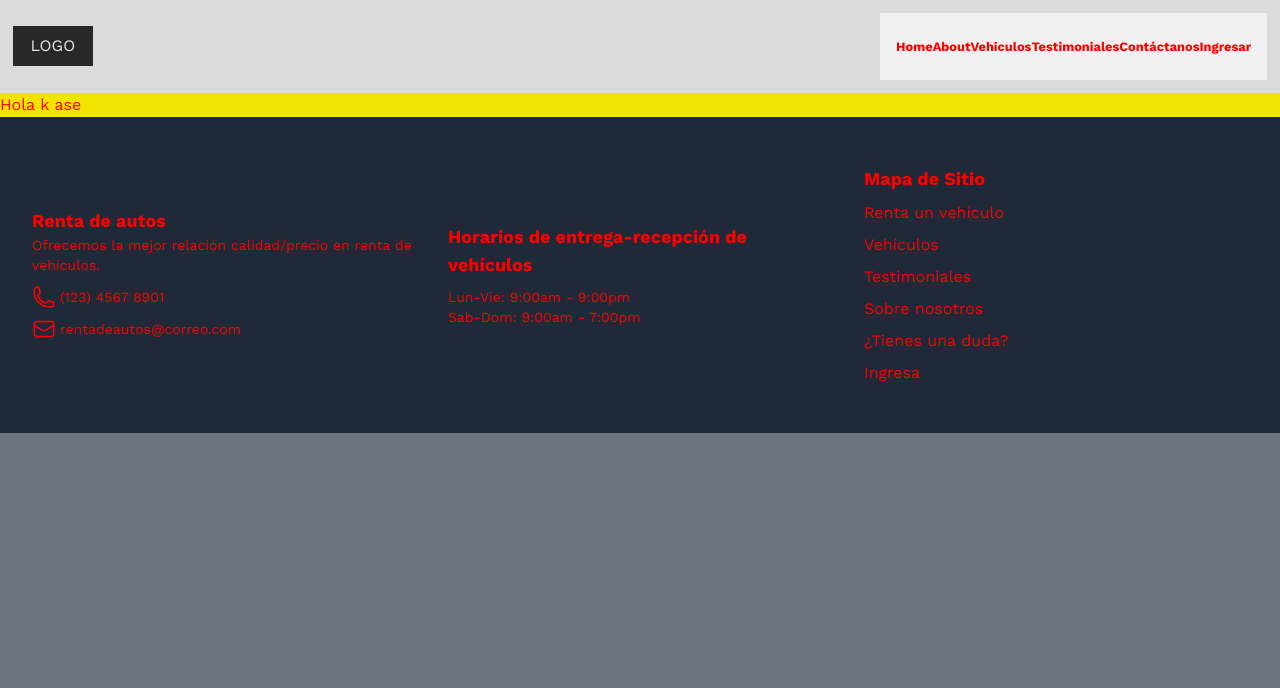
Repository: aldovelacasas/PF_RentCar2
Page: /
An editor plug-in stored every save of this project. The page is shown before and after the next save, followed by the edit.
The browser window is 1280 px wide. The pictures show the whole page.
The project was rebuilt for these pictures with package versions that can differ from the ones it lists, and the page was loaded fresh each time. The framework's server and built-in components were replaced by stand-ins that run in the browser. Also part of the build but not shown: next.config.js.

Above is the page before, as saved 2023-08-30 09:53:28.

### src/app/layout.jsx
import "./globals.css";
import Navbar from "@/components/Navbar/Navbar";
import Footer from "@/components/footer";
import { Inter } from "next/font/google";

const inter = Inter({ subsets: ["latin"] });

export const metadata = {
  title: "Create Next App",
  description: "Generated by create next app",
};

export default function RootLayout({ children }) {
  return (
    <html lang="en">
      <body className={inter.className}>
        <Navbar />
        <div className="">{children}</div>
        <Footer />
      </body>
    </html>
  );
}

### src/app/page.jsx
function HomePage() {
  return (
    <div className="bg-amarillo_status">
      <p>Hola k ase</p>
    </div>
  );
}

export default HomePage;

### src/app/globals.css
@tailwind base;
@tailwind components;
@tailwind utilities;

body {
   @apply bg-gray-500; /* Fondo más claro */
   color: gray-800; /* Texto oscuro */
}

### src/components/NavBar/Navbar.jsx
"use client";

import Link from "next/link";
// import Image from "next/image";
import React, { useState } from "react";
// import Logo from "./Logo";
import NavItem from "./NavItem";
import "./nav.css";

const MENU_LIST = [
  { text: "Home", href: "/" },
  { text: "About", href: "/about" },
  { text: "Vehiculos", href: "/" },
  { text: "Testimoniales", href: "/" },
  { text: "Contáctanos", href: "/" },
  { text: "Ingresar", href: "/" },
];
const Navbar = () => {
  const [navActive, setNavActive] = useState(null);
  const [activeIdx, setActiveIdx] = useState(-1);

  return (
    <>
      <nav className={`nav navBar`}>
        <div className="boxLogo">
          <Link href="/about">
            <h1 className="logo">LOGO</h1>
          </Link>
          <div className="HomeLogo">
            <Link href="/">
              <span className="nav__item">Home</span>
            </Link>
          </div>
        </div>

        <div
          onClick={() => setNavActive(!navActive)}
          className={`nav__menu-bar`}>
          <div></div>
          <div></div>
          <div></div>
        </div>
        <div className={`${navActive ? "active" : ""} nav__menu-list`}>
          {MENU_LIST.map((menu, idx) => (
            <div
              onClick={() => {
                setActiveIdx(idx);
                setNavActive(false);
              }}
              key={menu.text}
              className={menu.text === "Home" ? "HomeMenu" : ""}>
              <NavItem
                active={activeIdx === idx}
                className={menu.text === "Home" ? "HomeMenu" : ""}
                {...menu}
              />
            </div>
          ))}
        </div>
      </nav>
    </>
  );
};

export default Navbar;

### src/components/footer.jsx
"use client";
import Link from "next/link";

function Footer() {
  return (
    <div className="bg-gray-800 text-white py-8 flex flex-col sm:flex-row justify-between items-center p-4 font-poppins">
      <div className="sm:w-1/3 p-4">
        <h3 className="text-lg font-semibold">Renta de autos</h3>
        <p className="text-sm">
          Ofrecemos la mejor relación calidad/precio en renta de vehículos.
        </p>
        <div className="flex items-center text-sm mt-2">
          <svg
            xmlns="http://www.w3.org/2000/svg"
            fill="none"
            viewBox="0 0 24 24"
            strokeWidth={1.5}
            stroke="currentColor"
            className="w-6 h-6">
            <path
              strokeLinecap="round"
              strokeLinejoin="round"
              d="M2.25 6.75c0 8.284 6.716 15 15 15h2.25a2.25 2.25 0 002.25-2.25v-1.372c0-.516-.351-.966-.852-1.091l-4.423-1.106c-.44-.11-.902.055-1.173.417l-.97 1.293c-.282.376-.769.542-1.21.38a12.035 12.035 0 01-7.143-7.143c-.162-.441.004-.928.38-1.21l1.293-.97c.363-.271.527-.734.417-1.173L6.963 3.102a1.125 1.125 0 00-1.091-.852H4.5A2.25 2.25 0 002.25 4.5v2.25z"
            />
          </svg>

          <span className="m-1">(123) 4567 8901</span>
        </div>
        <div className="flex items-center text-sm mt-1">
          <svg
            xmlns="http://www.w3.org/2000/svg"
            fill="none"
            viewBox="0 0 24 24"
            strokeWidth={1.5}
            stroke="currentColor"
            className="w-6 h-6">
            <path
              strokeLinecap="round"
              strokeLinejoin="round"
              d="M21.75 6.75v10.5a2.25 2.25 0 01-2.25 2.25h-15a2.25 2.25 0 01-2.25-2.25V6.75m19.5 0A2.25 2.25 0 0019.5 4.5h-15a2.25 2.25 0 00-2.25 2.25m19.5 0v.243a2.25 2.25 0 01-1.07 1.916l-7.5 4.615a2.25 2.25 0 01-2.36 0L3.32 8.91a2.25 2.25 0 01-1.07-1.916V6.75"
            />
          </svg>

          <span className="m-1"> rentadeautos@correo.com</span>
        </div>
      </div>
      <div className="sm:w-1/3 p-4 mt-4 sm:mt-0">
        <h4 className="text-lg font-semibold">
          Horarios de entrega-recepción de vehículos
        </h4>
        <p className="text-sm mt-2">
          Lun-Vie: 9:00am - 9:00pm
          <br />
          Sab-Dom: 9:00am - 7:00pm
        </p>
      </div>
      <div className="sm:w-1/3 p-4 mt-4 sm:mt-0 w-full">
        <h2 className="text-lg font-semibold">Mapa de Sitio</h2>
        <ul className="mt-2 space-y-2 sm:ml-0 sm:pl-0">
          <li className="text-red">
            <Link href="/rent" className="hover:font-bold">
              Renta un vehículo
            </Link>
          </li>
          <li>
            <Link href="/cars" className="hover:font-bold">
              Vehículos
            </Link>
          </li>
          <li>
            <Link href="/testimoniales" className="hover:font-bold">
              Testimoniales
            </Link>
          </li>
          <li>
            <Link href="/about" className="hover:font-bold">
              Sobre nosotros
            </Link>
          </li>
          <li>
            <Link href="/contact" className="hover:font-bold">
              ¿Tienes una duda?
            </Link>
          </li>
          <li>
            <Link href="/signin" className="hover:font-bold">
              Ingresa
            </Link>
          </li>
        </ul>
      </div>
    </div>
  );
}

export default Footer;

### src/components/NavBar/NavItem.jsx
import Link from "next/link";
const NavItem = ({ text, href, active }) => {
  const className =
    text === "Home"
      ? "nav__item HomeMenu"
      : `nav__item ${active ? "active" : ""}`;
  return (
    <Link href={href}>
      <span className={className}>{text}</span>
    </Link>
  );
};

export default NavItem;

### src/components/NavBar/nav.css
@import url("https://fonts.googleapis.com/css2?family=Work+Sans:wght@400;500;700&display=swap");
@import url("https://fonts.googleapis.com/css2?family=Rubik:wght@500&display=swap");
* {
  margin: 0;
  padding: 0;
  outline: none;
  box-sizing: border-box;
  font-family: "Work Sans", sans-serif;
}
a {
  text-decoration: none;
  color: inherit;
}
.navBar {
  position: sticky;
  z-index: 30;
  top: 0;
}
nav {
  font-family: "Rubik", sans-serif;
  display: flex;
  justify-content: space-between;
  align-items: center;
  background-color: #dbdbdb;
  color: #282828;
  padding: 2%;
}

.logo {
  background-color: #282828;
  color: #e9e9e9;
  width: 80px;
  text-align: center;
  padding: 0.5rem;
  font-size: 1rem;
}

.nav__menu-bar {
  display: flex;
  flex-direction: column;
  row-gap: 6px;
  cursor: pointer;
}
.nav__menu-bar div {
  width: 40px;
  height: 4px;
  background-color: #282828;
  margin-right: 1rem;
  border-radius: 2px;
}
.nav__menu-list {
  display: flex;
  flex-direction: column;
  position: fixed;
  top: 70px;
  width: 220px;
  row-gap: 24px;
  right: -300px;
  padding: 24px 16px;
  margin-top: 0rem;
  transition: all 0.2s;
  min-height: calc(100vh - 60px);
  font-size: 1rem;
  background-color: #f1f1f1;
}
.nav__menu-list.active {
  right: 0;
  top: 53px;
}
.nav__menu-list span {
  font-weight: 600;
  transition: all 0.3s;
}

.nav__menu-list span:hover {
  /* font-weight: bold; */
  color: #ea4f39;
}
.boxLogo {
  display: flex;
  align-items: center;
  gap: 1rem;
}

.HomeLogo {
  font-size: 1rem;
  font-weight: 600;
  transition: 0.3s;
}

.HomeLogo:hover {
  color: #ea4f39;
}
.center {
  min-height: 600px;
  display: flex;
  justify-content: center;
  align-items: center;
}

.HomeMenu {
  display: none;
}

@media (min-width: 30em) {
  *{color:red}
  nav{
    padding:1%;
  }
  .HomeMenu {
    display: block;
  }
  .nav__menu-bar {
    display: none;
  }
  .nav__menu-list {
    position: unset;
    font-size: 0.8em;
    flex-direction: row;
    min-height: fit-content;
    width: fit-content;
    align-items: center;
  }

  .HomeLogo {
    display: none;
    font-size: 2rem;
  }
  /* nav {
    padding: 3%;
  }
  .HomeMenu {
    display: block;
  }
  .nav__menu-list {
    background-color: #dbdbdb;
  }
  .HomeLogo {
    display: none;
    font-size: 2rem;
  }
  .logo {
    background-color: #282828;
    color: #e9e9e9;
    width: 150px;
    text-align: center;
    padding: 1.5rem;
    font-size: 1.5rem;
  }
  .nav__menu-bar {
    display: none;
  }
  .nav__menu-list {
    position: unset;

    flex-direction: row;
    min-height: fit-content;
    width: fit-content;
    column-gap: 24px;
    align-items: center;
  }
  .nav__link::before {
    content: "";
    position: absolute;
    width: 0%;
    height: 6px;
    bottom: -16px;
    left: 0;
    background-color: black;

    transition: all 0.2s;
  }

  .nav__link:hover:before {
    width: 100%;
  } */
}

### tailwind.config.js
/** @type {import('tailwindcss').Config} */
module.exports = {
  content: [
    "./src/pages/**/*.{js,ts,jsx,tsx,mdx}",
    "./src/components/**/*.{js,ts,jsx,tsx,mdx}",
    "./src/app/**/*.{js,ts,jsx,tsx,mdx}",
  ],
  theme: {
    extend: {
      backgroundImage: {
        "gradient-radial": "radial-gradient(var(--tw-gradient-stops))",
        "gradient-conic":
          "conic-gradient(from 180deg at 50% 50%, var(--tw-gradient-stops))",
      },
      colors: {
        gris_fondo: "#dbdbdb",
        gris_frente: "#e9e9e9",
        negro_fondo: "#282828",
        naranja_enf: "#ea4f39",
        rojo_status: "#e30613",
        verde_status: "#4aaf4d",
        amarillo_status: "#f0e400",
      },
    },
  },
  plugins: [],
};

After the next save:
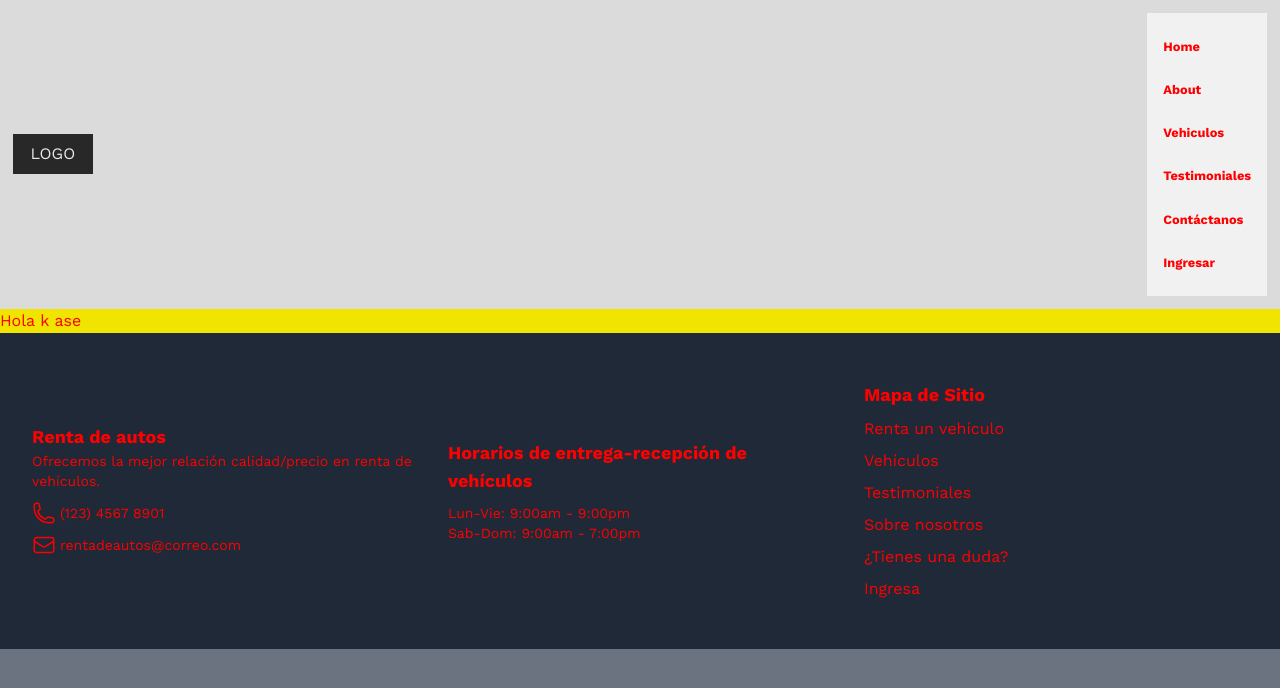
Saved 31 s later.
--- a/src/components/NavBar/nav.css
+++ b/src/components/NavBar/nav.css
@@ -116,10 +116,9 @@
   .nav__menu-list {
     position: unset;
     font-size: 0.8em;
-    flex-direction: row;
     min-height: fit-content;
     width: fit-content;
-    align-items: center;
+    align-items: space-evenly;
   }
 
   .HomeLogo {

After the save that followed:
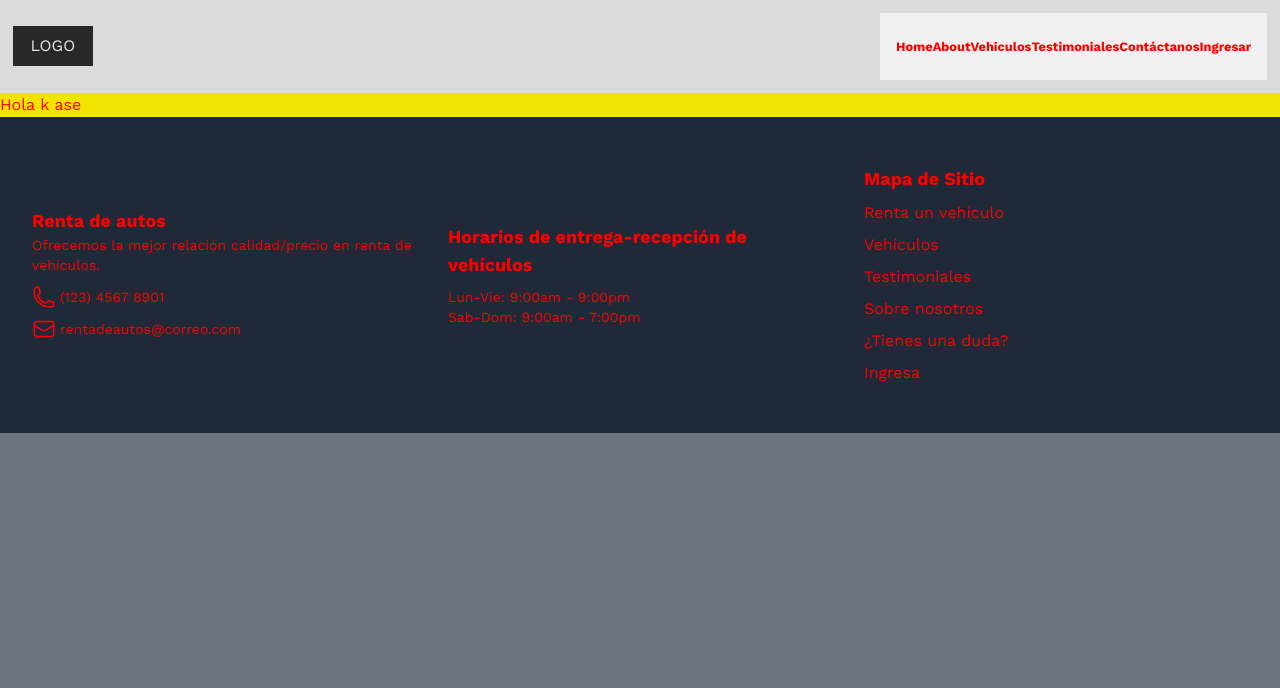
Saved 15 s later.
--- a/src/components/NavBar/nav.css
+++ b/src/components/NavBar/nav.css
@@ -116,6 +116,7 @@
   .nav__menu-list {
     position: unset;
     font-size: 0.8em;
+    flex-direction: row;
     min-height: fit-content;
     width: fit-content;
     align-items: space-evenly;
